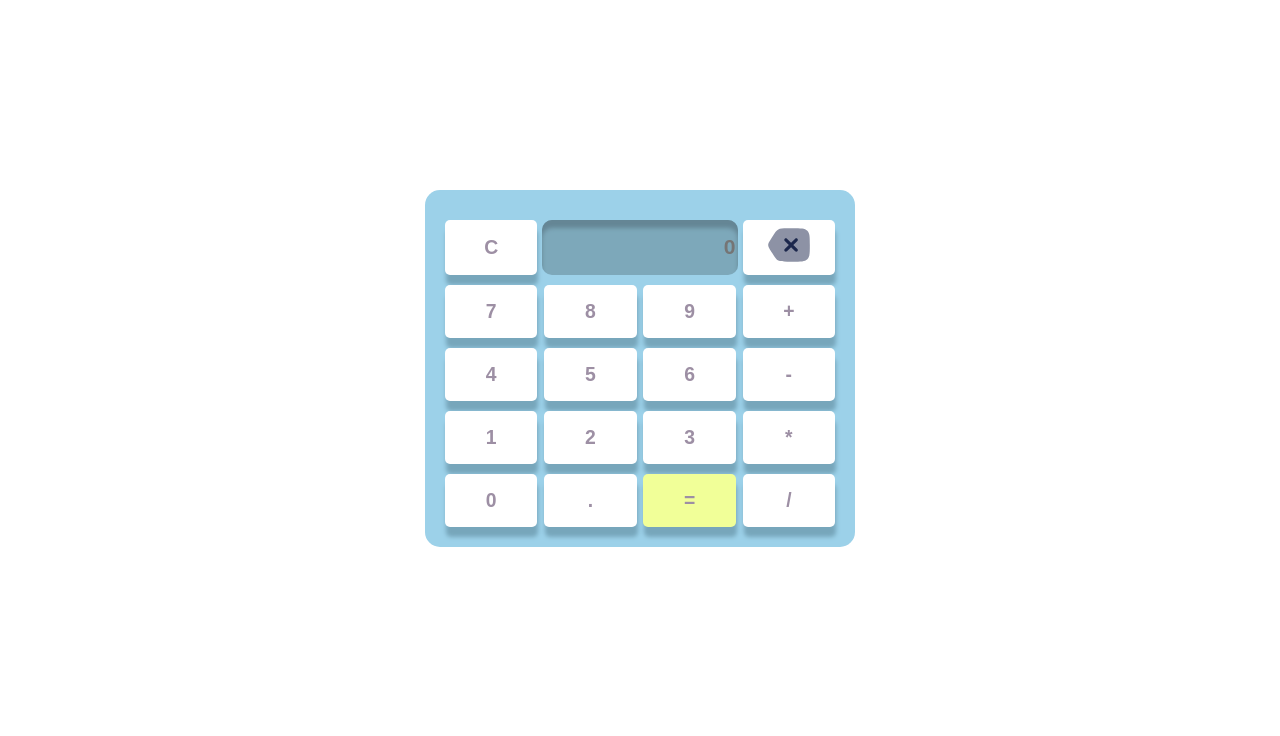
Repository: sem1103/calculator
Page: index.html
These files come from the project's save history. The page is drawn as it stood at one moment and after the next save; the edit follows.
The browser window is 1280 px wide. The pictures show the whole page.

Above is the page before, as saved 2023-11-02 15:11:52.

### index.html
<!DOCTYPE html>
<html lang="en">

<head>
    <meta charset="UTF-8">
    <meta name="viewport" content="width=device-width, initial-scale=1.0">
    <title>Calc</title>
    <style>
        * {
            box-sizing: border-box;
            font: bold 1.1rem arial;
        }

        .calc__container {
            display: flex;
            justify-content: center;
            height: 100vh;
            align-items: center;
        }

        .calc__wrapper {
            max-width: 900px;
            background-color: #9cd1e9;
            padding: 20px;
            border-radius: 15px;
        }

        .calc__display {
            box-shadow: inset 0px 8px 4px 0px #658695;
            background-color: #7da8ba;
            width: 50%;
            border-radius: 10px;
            border: 0;
            outline: 0;
            text-align: right;
            font-size: 1.2rem;
            color: #fff;
        }

        .calc__main,
        .calc__header {
            display: flex;
            flex-direction: row;
            flex-wrap: wrap;
            justify-content: space-between;
            row-gap: 10px;
            column-gap: 5px;

        }

        .calc__header {
            margin: 10px 0;
        }

        .sum {
            background-color: #f1ff98;
        }

        button {
            padding: 15px 5px;
            text-align: center;
            background-color: #fff;
            box-shadow: 1px 10px 4px #77a6bb;
            flex-basis: calc(25% - 5px);
            border: 0;
            border-radius: 5px;
            cursor: pointer;
            color: #9d8fa4;
            transition: all .1s ease-in-out;
        }

        button:active {
            box-shadow: 1px 0 4px #77a6bb;
            transform: translate(0, 3px);
        }

        button:hover {
            background-color: #d1d1d1;
        }

        .active {
            box-shadow: 1px 0 4px #77a6bb;
            transform: translate(0, 3px);
            background-color: #d1d1d1;
        }

        .backspace {
            padding: 0;
        }

        .little__font {
            font-size: .7rem;
        }
    </style>
</head>

<body>
    <div class="calc__container">
        <div class="calc__wrapper">
            <div class="calc__header">
                <button onclick="clearDisplay()">C</button>
                <input id="display" class="calc__display" type="text" placeholder="0" oninput="setValueHandle(this)">

                </input>
                <button class="backspace" onclick="backspace()" data-key="Backspace">
                    <svg width="50px" viewBox="0 0 24 24" fill="none" xmlns="http://www.w3.org/2000/svg">
                        <path opacity="0.5"
                            d="M6.87114 19.4986C7.80085 20 8.91458 20 11.142 20H13.779C17.6544 20 19.5921 20 20.7961 18.8284C22 17.6569 22 15.7712 22 12C22 8.22876 22 6.34315 20.7961 5.17157C19.5921 4 17.6544 4 13.779 4H11.142C8.91458 4 7.80085 4 6.87114 4.50143C5.94144 5.00286 5.35117 5.92191 4.17061 7.76001L3.48981 8.82001C2.4966 10.3664 2 11.1396 2 12C2 12.8604 2.4966 13.6336 3.48981 15.18L4.17061 16.24C5.35117 18.0781 5.94144 18.9971 6.87114 19.4986Z"
                            fill="#1C274C" />
                        <path
                            d="M11.0303 8.96967C10.7374 8.67678 10.2626 8.67678 9.96967 8.96967C9.67678 9.26256 9.67678 9.73744 9.96967 10.0303L11.9394 12L9.96969 13.9697C9.6768 14.2626 9.6768 14.7374 9.96969 15.0303C10.2626 15.3232 10.7375 15.3232 11.0304 15.0303L13 13.0607L14.9696 15.0303C15.2625 15.3232 15.7374 15.3232 16.0303 15.0303C16.3232 14.7374 16.3232 14.2625 16.0303 13.9697L14.0607 12L16.0303 10.0304C16.3232 9.73746 16.3232 9.26258 16.0303 8.96969C15.7374 8.6768 15.2626 8.6768 14.9697 8.96969L13 10.9394L11.0303 8.96967Z"
                            fill="#1C274C" />
                    </svg>
                </button>
            </div>
            <div class="calc__main">
                <button onkeydown="test(this)" onclick="setValueHandle(this)">7</button>
                <button onclick="setValueHandle(this)">8</button>
                <button onclick="setValueHandle(this)">9</button>
                <button onclick="setValueHandle(this)">+</button>
                <button onclick="setValueHandle(this)">4</button>
                <button onclick="setValueHandle(this)">5</button>
                <button onclick="setValueHandle(this)">6</button>
                <button onclick="setValueHandle(this)">-</button>
                <button onclick="setValueHandle(this)">1</button>
                <button onclick="setValueHandle(this)">2</button>
                <button onclick="setValueHandle(this)">3</button>
                <button onclick="setValueHandle(this)">*</button>
                <button onclick="setValueHandle(this)">0</button>
                <button onclick="setValueHandle(this)">.</button>
                <button onclick="calcSumm()" class="sum" data-key="Enter">=</button>
                <button onclick="setValueHandle(this)">/</button>
            </div>
        </div>
    </div>


    <script>
        let calcDisplay = document.getElementById('display');
        let buttons = document.querySelectorAll('button');

        function setValueHandle(e) {
            calcDisplay.classList.remove('little__font');
            if (/[a-zA-Zа-яА-ЯёЁ]/.test(calcDisplay.value)) {
                console.log(1);
                calcDisplay.value = e.value;
                return;
            } else if (/\b0+\d+/.test(calcDisplay.value) || /^[+\*/]/.test(calcDisplay.value)) {
                calcDisplay.value = 'Ошибка!';
                return;
            }
            calcDisplay.value += e.innerHTML;
        }

        function clearDisplay() {
            calcDisplay.classList.remove('little__font');
            calcDisplay.value = '';
        }

        function calcSumm() {
            let value = calcDisplay.value;


            value = value.replace(/\s/g, '');
            let operators = value.split('').filter(item => {
                if (item == '+' || item == '-' || item == '*' || item == '/') return item;
            })
            let numbers = value.split(/[+\-*/]/);
            let result = +numbers[0];

            // console.log(operators);
            // console.log(numbers);
            if (numbers[numbers.length - 1] == '') {
                calcDisplay.classList.add('little__font');
                calcDisplay.value = 'Ошибка!';
                return;
            } else if (/[\+\-\*\/]{2,}/.test(calcDisplay.value)) {
                calcDisplay.classList.add('little__font');
                calcDisplay.value = 'Два математических операций!';
                return;
            }



            operators.forEach((item, index) => {
                if (item == '+') {
                    result += +numbers[index + 1]
                } else if (item == '-') {
                    result -= numbers[index + 1]
                } else if (item == '/') {
                    if (+numbers[index + 1] === 0) {
                        calcDisplay.classList.add('little__font');
                        calcDisplay.value = 'На ноль делить нельзя!!';
                        throw new Error('infiniti');
                    } else result /= numbers[index + 1];

                } else result *= numbers[index + 1]
            });
            calcDisplay.value = result;

        }

        function backspace() {
            calcDisplay.value = calcDisplay.value.slice(0, -1)
        }


        document.body.addEventListener('keydown', (e) => {
            console.log(e);
            if (e.key >= 0 && e.key <= 9 || ['+', '-', '*', '/', '.'].includes(e.key) || e.key == 'Enter' || e.key == 'Backspace') {
                for(let i = 0; i < buttons.length; i++){

                }

                buttons.forEach(item => {
                    console.log(item.dataset.key);
                    console.log(e.key);
                    if(item.dataset.key == e.key & e.key == 'Enter'){
                        calcSumm();
                        showClickButton(item);
                    }
                    else if(item.dataset.key == e.key & e.key == 'Backspace'){
                        console.log(1);
                        backspace();
                        showClickButton(item);
                    }
                    else if (item.innerHTML == e.key) {
                        setValueHandle(item);
                        showClickButton(item);
                    }

                })
            }
        });

        function showClickButton(item) {
            item.classList.add('active');
            item.addEventListener('transitionend', () => {
                item.classList.remove('active')
            })
        }
    </script>
</body>

</html>

After the next save:
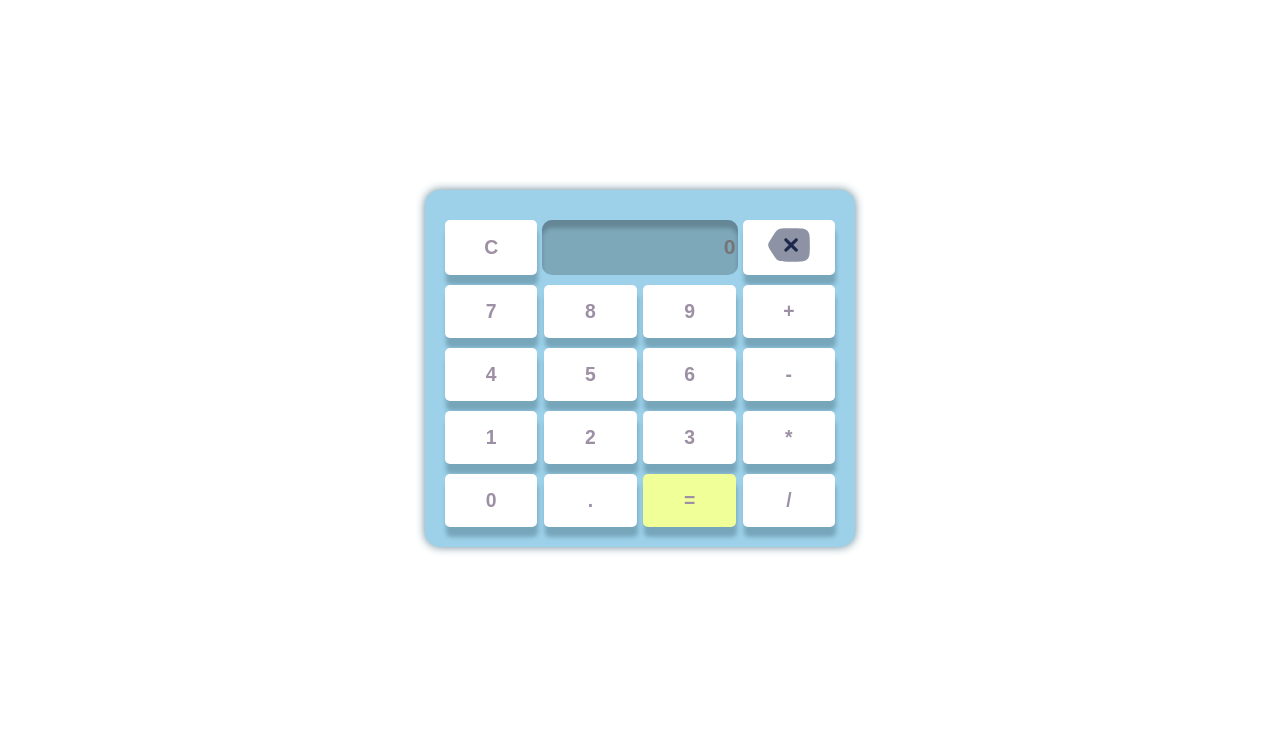
Saved 5 min 31 s later.
--- a/index.html
+++ b/index.html
@@ -23,6 +23,7 @@
             background-color: #9cd1e9;
             padding: 20px;
             border-radius: 15px;
+            box-shadow: 0 0 10px #658695;
         }
 
         .calc__display {
